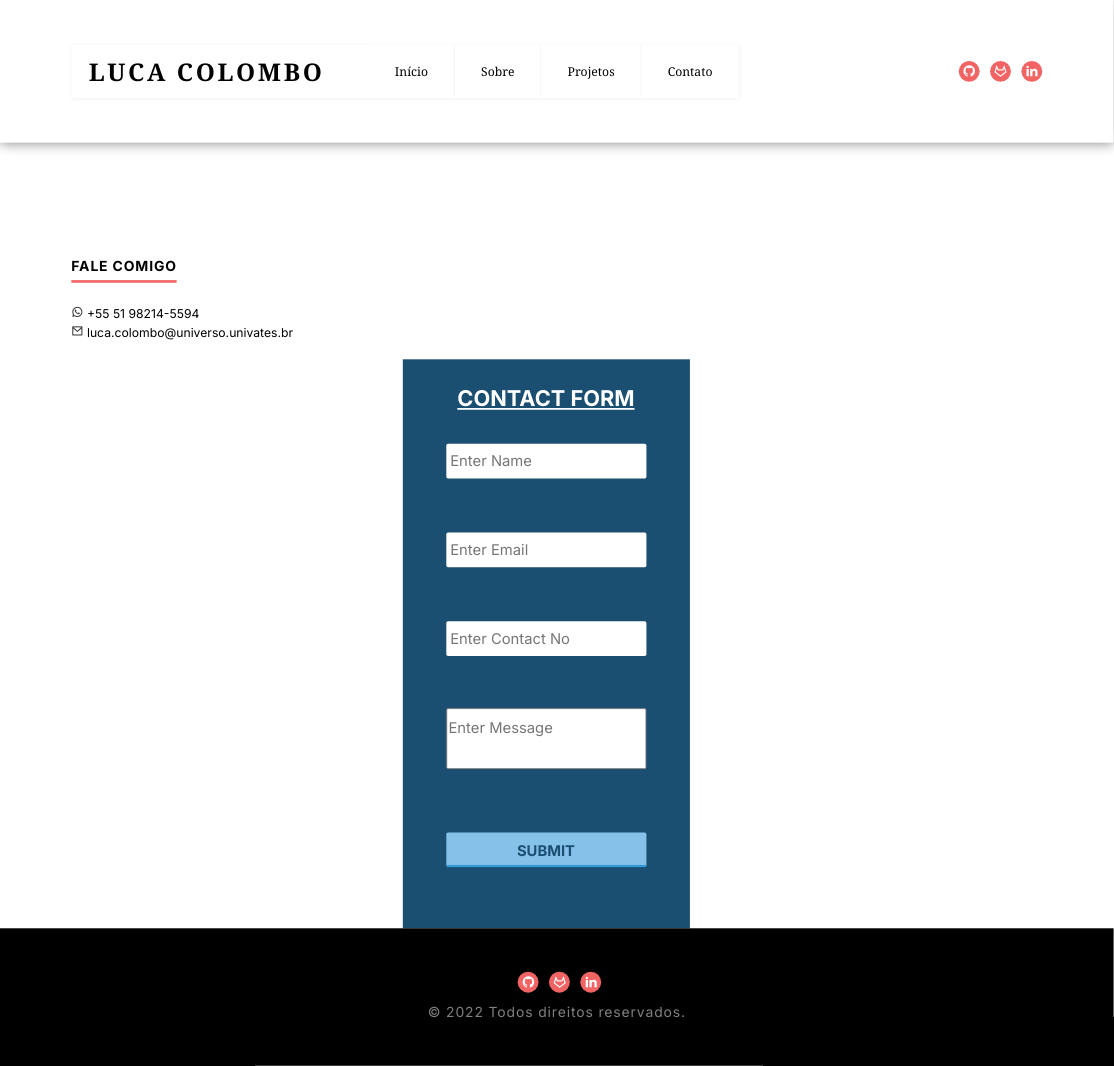
Repository: lxcxcxlxmb/portfolio
Page: contato.html
An editor plug-in stored every save of this project. The page is shown before and after the next save, followed by the edit.
The browser window is 1280 px wide. The pictures show the whole page, at 87% of full size.

Above is the page before, as saved 2022-05-25 16:20:03.

### contato.html
<!doctype html>
<html lang="pt-BR">

<head>
  <!-- Required meta tags -->
  <meta charset="utf-8">
  <meta name="viewport" content="width=device-width, initial-scale=1">
  <!-- Google Fots -->
  <link rel="preconnect" href="https://fonts.googleapis.com">
  <link rel="preconnect" href="https://fonts.gstatic.com" crossorigin>
  <link href="https://fonts.googleapis.com/css2?family=Inter:wght@100;200;300;400;500;600;700;800;900&display=swap"
    rel="stylesheet">
  <!-- Remixicon Icon -->
  <link href="https://cdn.jsdelivr.net/npm/remixicon@2.5.0/fonts/remixicon.css" rel="stylesheet">
  <!-- Remixicon Icon -->
  <!-- Bootstrap CSS -->
  <link href="https://cdn.jsdelivr.net/npm/bootstrap@5.0.2/dist/css/bootstrap.min.css" rel="stylesheet"
    integrity="sha384-EVSTQN3/azprG1Anm3QDgpJLIm9Nao0Yz1ztcQTwFspd3yD65VohhpuuCOmLASjC" crossorigin="anonymous">
  <link href="https://unpkg.com/aos@2.3.1/dist/aos.css" rel="stylesheet">
  <!-- Main CSS -->
  <link href="styles.css" rel="stylesheet">
  <link rel="stylesheet" href="reset.css">


  <title>contato</title>
</head>

<body>

  <!-- header -->
  <header class="ds-header" id="site-header">
    <div class="container">
      <div class="ds-header-inner">
        <!-- logo -->
        <a href="index.html" class="ds-logo">
          <span>L</span>Luca Colombo
        </a>
        <div class="header">
          <a href="index.html" class="logo">Luca Colombo</a>
          <input class="menu-btn" type="checkbox" id="menu-btn" />
          <label class="menu-icon" for="menu-btn"><span class="navicon"></span></label>
          <ul class="menu">
            <li><a href="index.html">Início</a></li>
            <li><a href="sobre.html">Sobre</a></li>
            <li><a href="projetos.html">Projetos</a></li>
            <li><a href="contato.html">Contato</a></li>
          </ul>
        </div>
        <!-- social -->
        <ul class="ds-social">
          <li><a href="https://github.com/lxcxcxlxmb" target="_blank"><i class="ri-github-fill"></i></a></li>
          <li><a href="https://gitlab.com/lxcxcxlxmbx" target="_blank"><i class="ri-gitlab-line"></i></a></li>
          <li><a href="https://www.linkedin.com/in/luca--colombo/" target="_blank"><i class="ri-linkedin-fill"></i></a>
          </li>
        </ul>
        <!-- social -->
      </div>
    </div>
  </header>
  <br>
  <br>

  <div class="ds-about-section">
    <div class="container">
      <section>
        <h2 class="ds-heading">Fale comigo</h2><br>
        <i class="ri-whatsapp-line"></i> <a href="tel:+5551982145594">+55 51 98214-5594</a><br>
        <i class="ri-mail-line"></i><a href="mailto:luca.colombo@universo.univates.br">
          luca.colombo@universo.univates.br</a><br><br>
          <div id="wrapper">

            <div id="contact_form_div">
             <p id="contact_label">CONTACT  FORM</p>
             <form method="post" action="">
              <p><input type="text" placeholder="Enter Name"></p>
              <p><input type="text" placeholder="Enter Email"></p>
              <p><input type="text" placeholder="Enter Contact No"></p>
              <p><textarea placeholder="Enter Message"></textarea></p>
              <p><input type="submit" value="SUBMIT"></p>
             </form>
            </div>

            </div>
      </section>
    </div>
  </div>
  <footer class="ds-footer text-center">
    <div class="container">
      <section>
        <ul class="ds-social">
          <li><a href="https://github.com/lxcxcxlxmb" target="_blank"><i class="ri-github-fill"></i></a></li>
          <li><a href="https://gitlab.com/lxcxcxlxmbx" target="_blank"><i class="ri-gitlab-line"></i></a></li>
          <li><a href="https://www.linkedin.com/in/luca--colombo/" target="_blank"><i class="ri-linkedin-fill"></i></a>
          </li>
        </ul>
      </section>
      <span class="ds-copyright">© 2022 Todos direitos reservados.</span>
    </div>
  </footer>

</body>

</html>

### styles.css
/*
Theme Name: Jason Stroff

  1. >>> Headr Style
  2. >>> Banner Style
  3. >>> About Style
  4. >>> Skills Style
  5. >>> Experience Style
  6. >>> Work Style
  7. >>> Footer Style

*/
/*--------------------------------------------------------------
>>> TABLE OF CONTENTS:
----------------------------------------------------------------*/
html {
	font-family: 'Inter', sans-serif;
	background-color: #FFF
}

body {
	font-family: 'Inter', sans-serif;
	overflow-x: hidden;
	background-color: #FFF;
	font-weight: 400;
	font-style: normal;
	color: #373737;
	font-size: 14px
}

a,
a:hover,
a:focus,
i,
input,
button,
input:focus,
.transition {
	text-decoration: none;
	outline: none;
	transition-delay: 0s;
	transition-duration: 0.4s;
	transition-property: all;
	transition-timing-function: ease;
	box-shadow: none;
}

a {
	color: #000
}

iframe {
	border: 0;
	outline: none;
}

::-moz-selection {
	background: #000;
	text-shadow: none;
	color: #FFF
}

::selection {
	background: #000;
	text-shadow: none;
	color: #FFF
}

img {
	max-width: 100%;
	border: none;
	outline: none;
	height: auto;
}

input,
textarea {
	border-radius: 0;
	resize: none;
}

ul {
	padding: 0;
	margin: 0;
}

@font-face {
	font-family: 'Inter', sans-serif;
}

input:-webkit-autofill,
textarea:-webkit-autofill,
select:-webkit-autofill {
	background-color: transparent;
	background-image: none;
	color: #000;
}

/* 1.2 Typography */
h1,
h2,
h3,
h4,
h5,
h6 {
	font-family: 'Inter', sans-serif;
}

figure {
	margin: 0
}

svg,
img {
	max-width: 100%;
	height: auto;
}

/*-----------------------------------------------------------------
  1. >>> Headr Style
----------------------------------------------------------------*/
.ds-header {
	position: relative;
	top: 0;
	width: 100%;
	z-index: 5;
	background-color: #FFF;
	padding: 70px 0;
	transition-delay: 0s;
	transition-duration: 0.4s;
	transition-property: all;
	transition-timing-function: ease;
	box-shadow: 0 0 1em #858585;
	display: flex;
	align-items: center;
	justify-content: space-between;
}

.ds-header.ds-fixed-header {
	padding: 20px 0;
	box-shadow: 0px 0px 20px rgba(0, 0, 0, 0.25);
}

.ds-header-inner {
	display: flex;
	justify-content: space-between;
	align-items: center;
}

.logo {
	font-family:Georgia, 'Times New Roman', Times, serif;
	text-transform: uppercase;
	font-weight: bold;
	font-size: 18px;
	letter-spacing: 3px;
	color: #000;
	display: flex;
	align-items: center;
	flex-wrap: nowrap;
}

.logo span {
	display: flex;
	align-items: center;
	justify-content: center;
	width: 40px;
	height: 40px;
	background-color: #000;
	border-radius: 4px;
	color: #FFF;
	font-size: 22px;
	font-weight: 600;
	text-align: center;
}

.logo:hover {
	color: #F26464;
}

.ds-social {
	list-style: none;
	display: flex;
	align-items: center;
	flex-wrap: wrap;
}

.ds-social li {
	margin-left: 12px;
}

.ds-social li:first-child {
	margin-left: 0;
}

.ds-social li a {
	border-radius: 100%;
	color: #FFF;
	width: 24px;
	height: 24px;
	background-color: #F26464;
	display: flex;
	justify-content: center;
	align-items: center;
	text-align: center;
	font-size: 16px;
}

.ds-social li a:hover {
	background-color: #000;
	color: #FFF;
}

/*.ds-navbar {
	display: inline-block;
	color: #373737;
	font-size: 16px;
	padding: 10px 20px;
	background-color: #FFF;
	margin-right: 15px;
	margin-bottom: 15px;
	margin-top: 15px;
	font-weight: 500;
}*/

.activ {
	color: #fff;
	background-color: #FF0077;
}

.inactiv {
	color: #494949;
}

.inactiv:hover {
	color: #FF0077;
}

.header {
	background-color: #fff;
	box-shadow: 1px 1px 4px 0 rgba(0,0,0,.1);
	position: absolute;
	align-items: center;
	vertical-align: middle;
	width: 60%;
	z-index: 3;
  }

  .header ul {
	margin: 0;
	padding: 0;
	font-family:Georgia, 'Times New Roman', Times, serif;
	list-style: none;
	overflow: hidden;
	background-color: #fff;
  }

  .header li a {
	display: block;
	padding: 20px 20px;
	border-right: 1px solid #f4f4f4;
	text-decoration: none;
  }

  .header li a:hover,
  .header .menu-btn:hover {
	background-color: #f4f4f4;
	color: #F26464;
  }

  .header .logo {
	display: block;
	float: left;
	font-size: 2em;
	padding: 10px 20px;
	text-decoration: none;
  }

  /* menu */

  .header .menu {
	clear: both;
	max-height: 0;
	transition: max-height .2s ease-out;
  }

  /* menu icon */

  .header .menu-icon {
	cursor: pointer;
	display: inline-block;
	float: right;
	padding: 28px 20px;
	position: relative;
	user-select: none;
  }

  .header .menu-icon .navicon {
	background: #333;
	display: block;
	height: 2px;
	position: relative;
	transition: background .2s ease-out;
	width: 18px;
  }

  .header .menu-icon .navicon:before,
  .header .menu-icon .navicon:after {
	background: #333;
	content: '';
	display: block;
	height: 100%;
	position: absolute;
	transition: all .2s ease-out;
	width: 100%;
  }

  .header .menu-icon .navicon:before {
	top: 5px;
  }

  .header .menu-icon .navicon:after {
	top: -5px;
  }

  /* menu btn */

  .header .menu-btn {
	display: none;
  }

  .header .menu-btn:checked ~ .menu {
	max-height: 240px;
  }

  .header .menu-btn:checked ~ .menu-icon .navicon {
	background: transparent;
  }

  .header .menu-btn:checked ~ .menu-icon .navicon:before {
	transform: rotate(-45deg);
  }

  .header .menu-btn:checked ~ .menu-icon .navicon:after {
	transform: rotate(45deg);
  }

  .header .menu-btn:checked ~ .menu-icon:not(.steps) .navicon:before,
  .header .menu-btn:checked ~ .menu-icon:not(.steps) .navicon:after {
	top: 0;
  }

  /* 48em = 768px */

  @media (min-width: 48em) {
	.header li {
	  float: left;
	}
	.header li a {
	  padding: 20px 30px;
	}
	.header .menu {
	  clear: none;
	  float: right;
	  max-height: none;
	}
	.header .menu-icon {
	  display: none;
	}
  }

/*-----------------------------------------------------------------
  2. >>> Banner Style
----------------------------------------------------------------*/
.ds-banner section {
	padding-left: 70px;
	padding-right: 00px;
}

.ds-banner section h1 span {
	display: block;
	text-transform: uppercase;
	letter-spacing: 1px;
	font-weight: 500;
	font-size: 16px;
	padding-top: 30px;
}

.ds-banner section h1 {
	font-weight: 600;
	font-size: 48px;
	line-height: 60px;
	color: #000;
}

.ds-numbervalulist {
	list-style: none;
	display: flex;
	align-items: center;
	flex-wrap: wrap;
	margin: 0;
	padding: 0;
	margin-top: 60px;
}

.ds-numbervalulist li {
	margin-right: 60px;
}

.ds-numbervalulist li:last-child {
	margin-right: 0;
}

.ds-numbervalulist strong {
	display: block;
	color: #F26464;
	font-size: 36px;
	font-weight: 800;
}

.ds-numbervalulist span {
	font-size: 16px;
	letter-spacing: 1px;
}

/*-----------------------------------------------------------------
  3. >>> About Style
----------------------------------------------------------------*/
.ds-about-section {
	padding-top: 60px;
	padding-bottom: 0px;
}

.ds-heading {
	display: inline-block;
	font-weight: 700;
	color: #000;
	text-transform: uppercase;
	letter-spacing: 1px;
	font-size: 16px;
	border-bottom: 3px solid #F26464;
	padding-bottom: 7px;
	margin-bottom: 23px;
}

.ds-about-section p {
	color: #373737;
	font-size: 24px;
	line-height: 40px;
	font-weight: 300;
	margin-bottom: 60px;
}

.ds-button {
	display: inline-block;
	text-transform: uppercase;
	font-size: 12px;
	line-height: 13px;
	font-weight: 600;
	letter-spacing: 3px;
	color: #F26464;
	padding: 17px 30px;
	border: 2px solid #F26464;
	border-radius: 60px;
}

.ds-button:hover {
	background-color: #F26464;
	color: #FFF;
}

.ds-arrow-button i {
	display: inline-block;
	vertical-align: middle;
}

/*-----------------------------------------------------------------
  4. >>> Skills Style
----------------------------------------------------------------*/
.ds-skills-section {
	padding-bottom: 105px;
}

.ds-skills-list {
	list-style: none;
	padding: 0;
	margin: 0;
	display: flex;
	flex-wrap: wrap;
	align-items: center;
	margin-top: 11px;
}

.ds-skills-list li {
	display: inline-block;
	color: #373737;
	font-size: 16px;
	padding: 10px 20px;
	background-color: #FFF;
	border: 1px solid #D7D7D7;
	border-radius: 27px;
	margin-right: 15px;
	margin-bottom: 15px;
	font-weight: 500;
}

/*-----------------------------------------------------------------
  5. >>> Experience Style
----------------------------------------------------------------*/
.ds-experience-section {
	padding-bottom: 120px;
}

.ds-experience-list section {
	padding-right: 70px;
}

.ds-experience-list {
	padding-top: 15px;
}

.ds-officename {
	font-size: 24px;
	font-weight: 300;
	margin-bottom: 10px;
}

.ds-experience-list span {
	display: block;
}

span.ds-year {
	color: #373737;
	font-size: 14px;
	font-weight: 700;
	padding-bottom: 10px;
}

span.ds-department {
	color: #373737;
	font-weight: 500;
	font-size: 18px;
	padding-bottom: 30px;
}

.ds-experience-list p {
	font-size: 16px;
	line-height: 24px;
	font-weight: 300;
}

.ds-experience-list ul {
	list-style: none;
	padding: 0;
	margin: 0;
	padding-top: 10px;
}

.ds-experience-list ul li {
	font-size: 16px;
	line-height: 24px;
	font-weight: 300;
	padding-left: 28px;
	position: relative;
	margin-bottom: 20px;
}

.ds-experience-list ul li:before {
	content: "";
	position: absolute;
	left: 0;
	top: 10px;
	border-radius: 100%;
	width: 8px;
	height: 8px;
	background-color: #373737;
}

/*-----------------------------------------------------------------
  6. >>> Work Style
----------------------------------------------------------------*/
.ds-work-section {
	padding-bottom: 80px;
}

.ds-work-list {
	padding-left: 70px;
	padding-top: 40px;
	padding-right: 70px;
	background-color: #F6F8FA;
	margin-bottom: 40px;
}

.ds-work-list section {
	padding-top: 20px;
	padding-right: 120px;
}

.ds-work-tilte {
	color: #000;
	font-size: 30px;
	line-height: 36px;
	font-weight: 600;
	margin-bottom: 30px;
}

.ds-work-list p {
	font-weight: 300;
	font-size: 18px;
	line-height: 30px;
}

.ds-work-list .ds-button {
	margin-top: 20px;
}

.ds-work-det-hed {
	padding-top: 42px;
	padding-bottom: 80px;
}

.ds-work-det-title {
	font-weight: 600;
	color: #000;
	font-size: 48px;
	margin-bottom: 20px;
}

.ds-work-det-dep {
	display: block;
	font-weight: 600;
	color: #000;
	font-size: 18px;
}

.ds-work-content-sec {
	padding: 100px 0;
}

.ds-work-content-sec p {
	font-size: 18px;
	line-height: 36px;
	margin-bottom: 30px;
}

.ds-work-content-sec h2 {
	font-size: 30px;
	font-weight: 700;
	margin-bottom: 30px;
}

.ds-work-content-sec ul {
	list-style: none;
	padding: 0;
	margin: 0;
}

.ds-work-content-sec li {
	font-size: 18px;
	line-height: 36px;
	padding-left: 28px;
	position: relative;
	margin-bottom: 20px;
}

.ds-work-content-sec li:before {
	content: "";
	position: absolute;
	left: 0;
	top: 13px;
	border-radius: 100%;
	width: 8px;
	height: 8px;
	background-color: #373737;
}

/*-----------------------------------------------------------------
  7. >>> Footer Style
----------------------------------------------------------------*/
.ds-footer {
	background-color: #000;
	padding: 50px 0;
}

.ds-footer section {
	padding-bottom: 10px;
}

.ds-footer section span {
	color: rgba(255, 255, 255, 0.5);
	text-transform: uppercase;
	font-weight: 700;
	font-size: 16px;
	letter-spacing: 1px;
	display: block;
	padding-bottom: 20px;
}

.ds-footer section h4 {
	color: #FFF;
	font-size: 48px;
	font-weight: 700;
}

.ds-footer section p {
	letter-spacing: 1.13px;
	color: #FFF;
	font-size: 18px;
	margin-bottom: 40px;
}

.ds-footer ul {
	margin-left: 46%;
}

.ds-copyright {
	color: rgba(255, 255, 255, 0.5);
	letter-spacing: 1px;
	font-size: 16px;
}

.ds-copyright a {
	color: rgba(255, 255, 255, 0.5);
}

.ds-copyright a:hover {
	color: #F26464;
}



/*-------------------------------------------------------------------------------
 Responsive XS Style @media (max-width: 767px)
-------------------------------------------------------------------------------*/
@media (max-width: 768px) {

	.ds-header,
	.ds-header.ds-fixed-header {
		padding: 15px 0;
	}

	.ds-banner,
	.ds-about-section,
	.ds-skills-section,
	.ds-experience-section,
	.ds-work-section,
	.ds-work-details-section {
		padding-left: 10px;
		padding-right: 10px;
	}

	/*.ds-logo {
		font-size: 0;
	}*/

	.ds-banner figure {
		padding: 30px 0;
	}

	.ds-banner section {
		padding-left: 0;
		padding-right: 0;
	}

	.ds-banner section h1 span {
		padding-bottom: 0;
	}

	.ds-banner section h1,
	.ds-work-det-title {
		font-size: 30px;
		line-height: 40px;
	}

	.ds-numbervalulist {
		margin-top: 20px;
	}

	.ds-numbervalulist li {
		margin-right: 30px;
	}

	.ds-numbervalulist strong {
		font-size: 30px;
	}

	.ds-numbervalulist span {
		font-size: 14px;
	}

	.ds-about-section {
		padding-bottom: 60px;
	}

	.ds-about-section p,
	.ds-work-content-sec p,
	.ds-work-content-sec li {
		font-size: 15px;
		line-height: 30px;
		margin-bottom: 0px;
	}

	.ds-skills-list li {
		margin-right: 10px;
		margin-bottom: 10px;
		font-size: 14px;
	}

	.ds-skills-section .col-12,
	.ds-experience-list .col-12 {
		margin-bottom: 40px;
	}

	.ds-skills-section,
	.ds-work-section,
	.ds-experience-section {
		padding-bottom: 0;
	}

	.ds-experience-list section {
		padding-right: 0;
	}

	.ds-work-list {
		padding: 30px;
	}

	.ds-work-list p {
		font-size: 15px;
		line-height: 30px;
	}

	.ds-footer {
		padding: 60px 10px;
	}

	.ds-footer section h4 {
		font-size: 40px;
	}

	.ds-copyright {
		font-size: 14px;
	}

	.ds-footer section {
		padding-bottom: 30px;
	}

	.ds-footer ul {
		margin-left: 36%;
	}

	.ds-button {
		padding: 11px 10px;
	}

	.ds-work-details-section {
		padding-top: 30px;
	}

	.ds-work-det-title {
		margin-bottom: 7px;
	}

	.ds-work-content-sec h2 {
		font-size: 20px;
	}

	.ds-work-content-sec {
		padding: 30px 0;
	}

	.ds-work-list section {
		padding-right: 0;
		padding-bottom: 30px;
	}
}

.ds-heading {
	margin-top: 30px;
}

@media (min-width: 768px) and (max-width: 991px) {
	.ds-work-list section {
		padding-right: 30px;
	}

}

@media (min-width: 992px) and (max-width: 1199px) {
	.ds-banner section {
		padding-right: 0;
	}

	.ds-work-list section {
		padding-right: 30px;
		padding-bottom: 60px;
	}


}


#wrapper
{
 margin:0 auto;
 padding:0px;
 text-align:center;
 width:995px;
}
#wrapper h1
{
 margin-top:50px;
 font-size:45px;
 color:#1B4F72;
}
#wrapper h1 p
{
 font-size:18px;
}
#contact_form_div
{
 width:330px;
 margin-left:320px;
 padding:10px;
 background-color:#1B4F72;
}
#contact_form_div #contact_label
{
 margin:15px;
 margin-bottom:30px;
 font-size:25px;
 font-weight:bold;
 color:white;
 text-decoration:underline;
}
#contact_form_div input[type="text"]
{
 width:230px;
 height:40px;
 border-radius:2px;
 font-size:17px;
 padding-left:5px;
 border:none;
}
#contact_form_div textarea
{
 width:230px;
 height:70px;
 border-radius:2px;
 font-size:17px;
 padding5px;
}
#contact_form_div input[type="submit"]
{
 width:230px;
 height:40px;
 border:none;
 border-radius:2px;
 font-size:17px;
 background-color:#85C1E9;
 border-bottom:3px solid #3498DB;
 color:#1B4F72;
 font-weight:bold;
}

@media only screen and (min-width:700px) and (max-width:995px)
{
 #wrapper
 {
  width:100%;
 }
 #wrapper h1
 {
  font-size:30px;
 }
 #contact_form_div
 {
  width:50%;
  margin-left:25%;
  padding-left:0px;
  padding-right:0px;
 }
 #contact_form_div input[type="text"]
 {
  width:80%;
 }
 #contact_form_div textarea
 {
  width:80%;
 }
 #contact_form_div input[type="submit"]
 {
  width:80%;
 }
}
@media only screen and (min-width:400px) and (max-width:699px)
{
 #wrapper
 {
  width:100%;
 }
 #wrapper h1
 {
  font-size:30px;
 }
 #contact_form_div
 {
  width:60%;
  margin-left:20%;
 }
 #contact_form_div input[type="text"]
 {
  width:80%;
 }
 #contact_form_div textarea
 {
  width:80%;
 }
 #contact_form_div input[type="submit"]
 {
  width:80%;
 }
}
@media only screen and (min-width:100px) and (max-width:399px)
{
 #wrapper
 {
  width:100%;
 }
 #wrapper h1
 {
  font-size:25px;
 }
 #contact_form_div
 {
  width:90%;
  margin-left:5%;
  padding-left:0px;
  padding-right:0px;
 }
 #contact_form_div input[type="text"]
 {
  width:80%;
 }
 #contact_form_div textarea
 {
  width:80%;
 }
 #contact_form_div input[type="submit"]
 {
  width:80%;
 }
}

Loaded but not shown: reset.css (45 lines, source omitted)

After the next save:
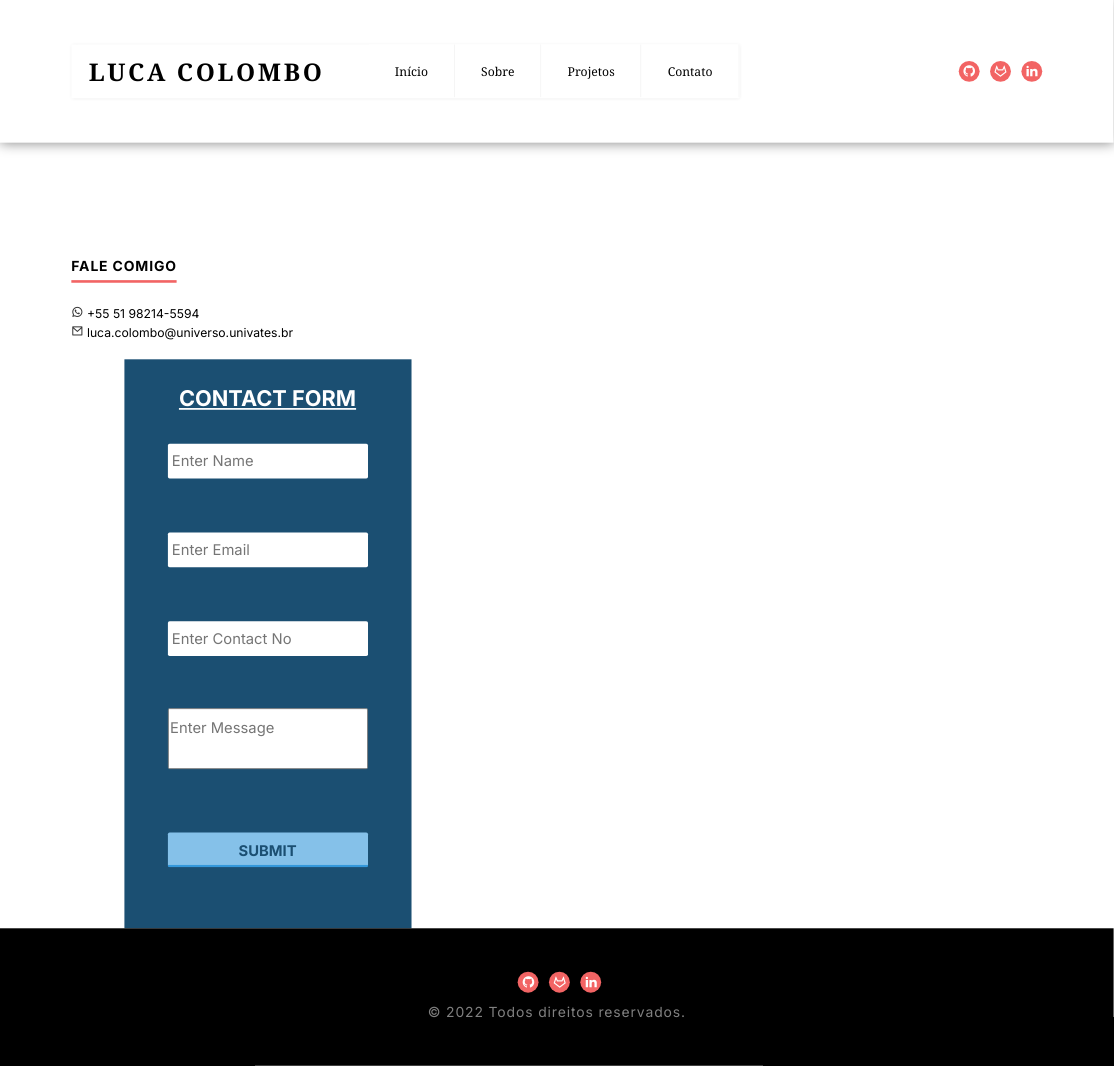
Saved 3 min 23 s later.
--- a/styles.css
+++ b/styles.css
@@ -920,7 +920,7 @@
 #contact_form_div
 {
  width:330px;
- margin-left:320px;
+ margin-left:0;
  padding:10px;
  background-color:#1B4F72;
 }

After the save that followed:
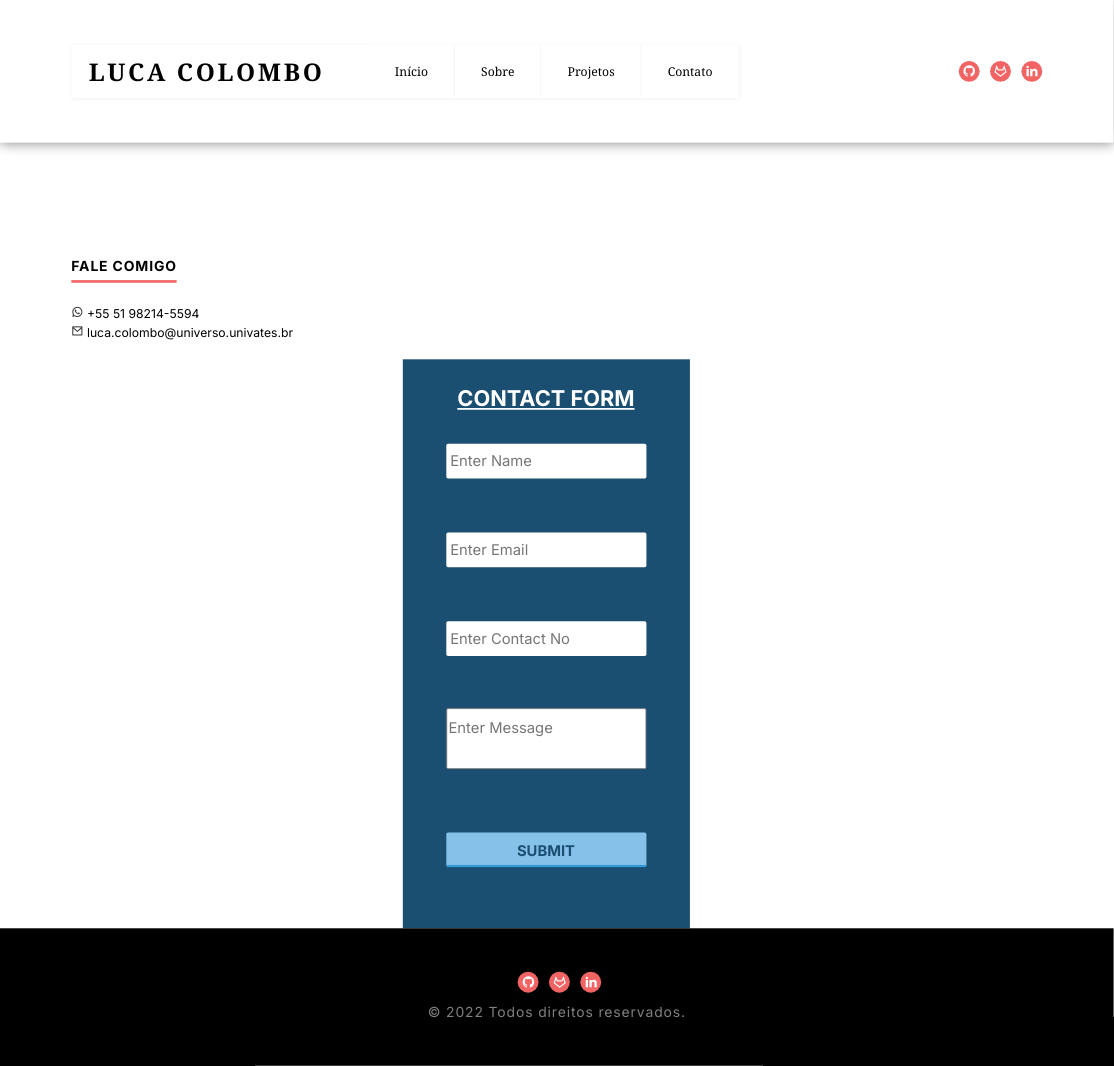
Saved 73 s later.
--- a/styles.css
+++ b/styles.css
@@ -920,7 +920,7 @@
 #contact_form_div
 {
  width:330px;
- margin-left:0;
+ margin-left:320px;
  padding:10px;
  background-color:#1B4F72;
 }
